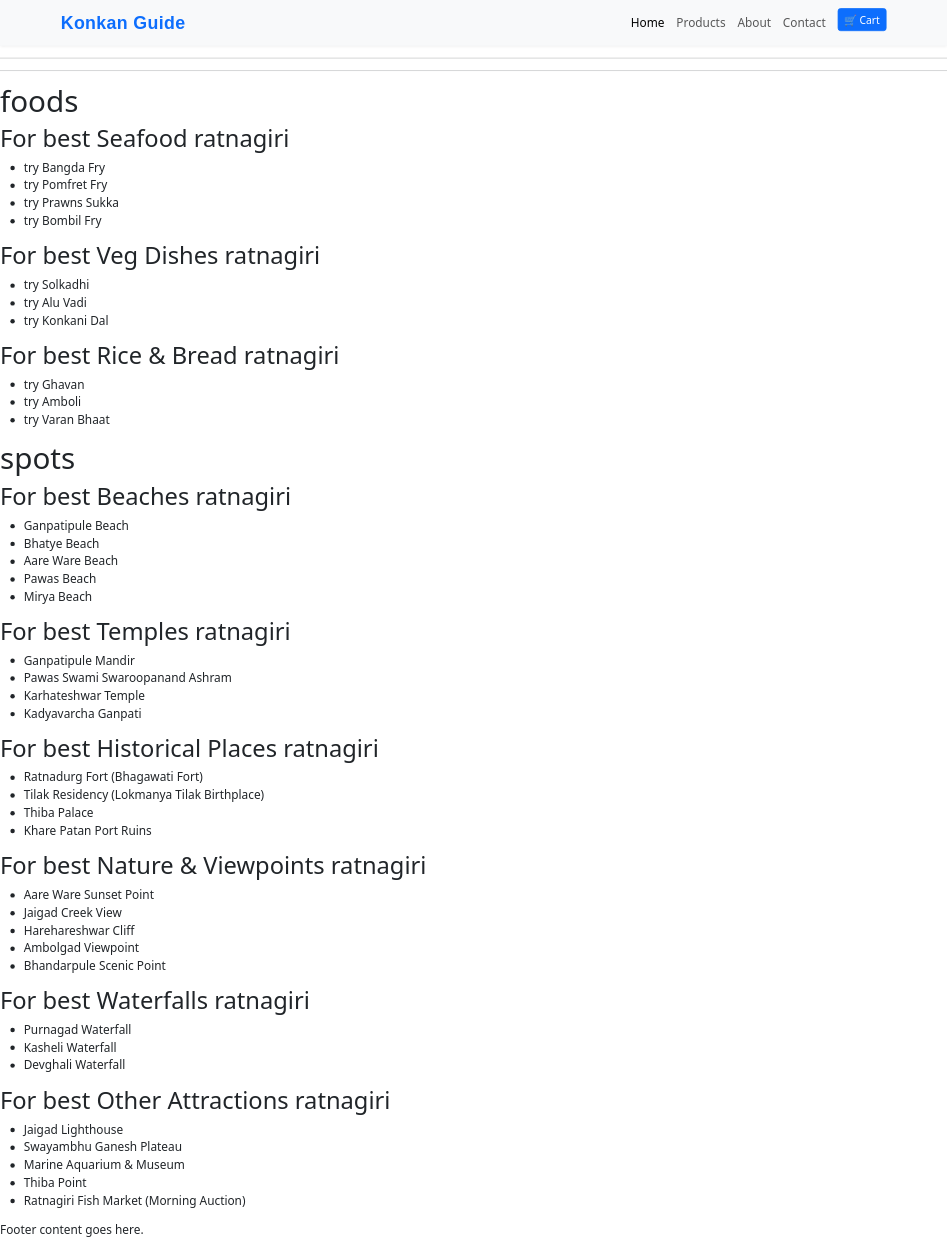
Repository: Indranil-sawant/konkan
Page: http://localhost/
An editor plug-in stored every save of this project. The page is shown before and after a run of saves, followed by the edit.
The browser window is 1280 px wide. The pictures show the whole page, at 74% of full size.
The page is served by the project's application, run on Django 5.2 (manage.py).

Above is the page before, as saved 2025-11-13 14:11:47.

After the next 2 saves:
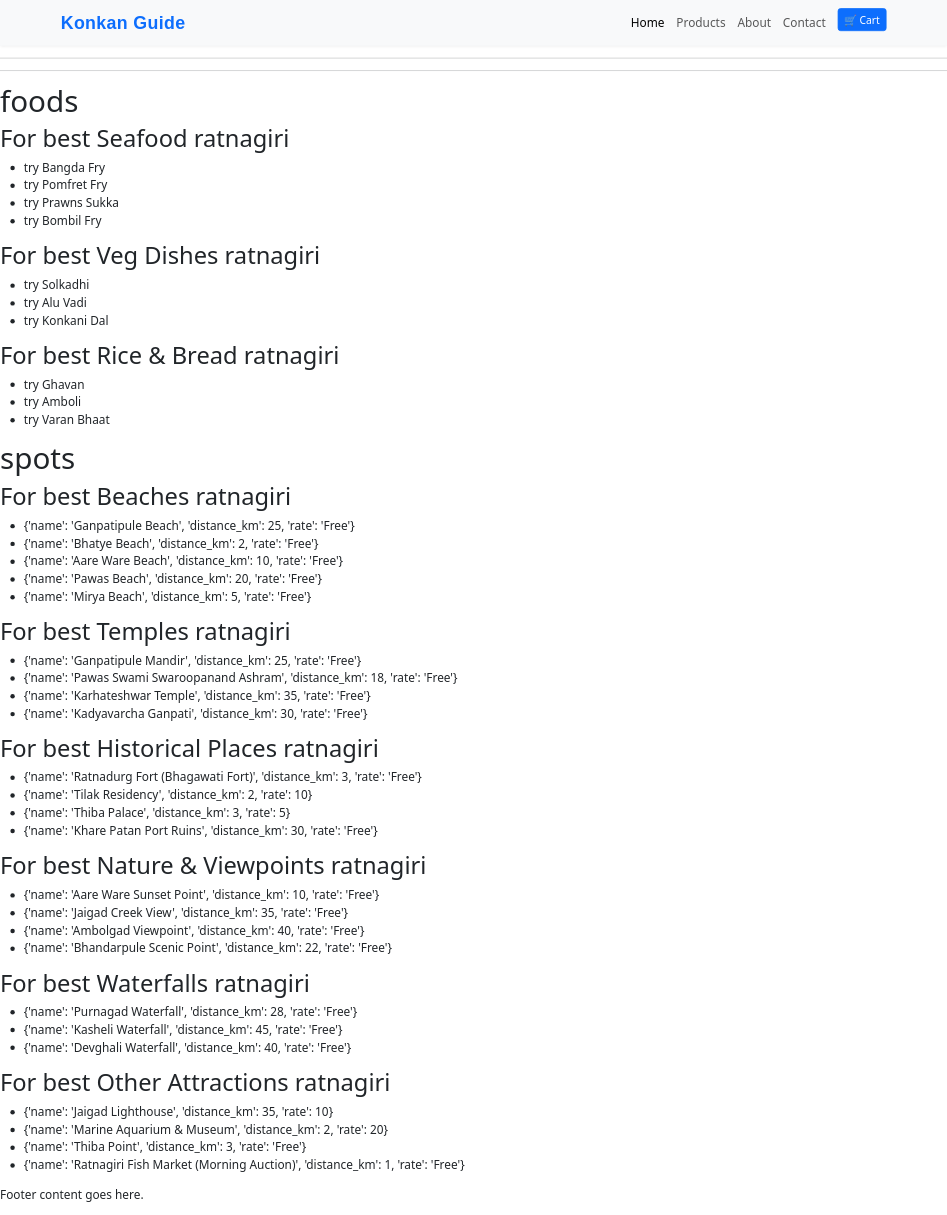
The 2 saves are shown as one change because they came seconds apart.
The last was saved 19 s later.
--- a/food/data/spots.py
+++ b/food/data/spots.py
@@ -19,46 +19,140 @@ foods = {
 
 spots = {
     "Beaches": [
-        "Ganpatipule Beach",
-        "Bhatye Beach",
-        "Aare Ware Beach",
-        "Pawas Beach",
-        "Mirya Beach"
+        {
+            "name": "Ganpatipule Beach",
+            "distance_km": 25,
+            "rate": "Free"
+        },
+        {
+            "name": "Bhatye Beach",
+            "distance_km": 2,
+            "rate": "Free"
+        },
+        {
+            "name": "Aare Ware Beach",
+            "distance_km": 10,
+            "rate": "Free"
+        },
+        {
+            "name": "Pawas Beach",
+            "distance_km": 20,
+            "rate": "Free"
+        },
+        {
+            "name": "Mirya Beach",
+            "distance_km": 5,
+            "rate": "Free"
+        }
     ],
 
     "Temples": [
-        "Ganpatipule Mandir",
-        "Pawas Swami Swaroopanand Ashram",
-        "Karhateshwar Temple",
-        "Kadyavarcha Ganpati"
+        {
+            "name": "Ganpatipule Mandir",
+            "distance_km": 25,
+            "rate": "Free"
+        },
+        {
+            "name": "Pawas Swami Swaroopanand Ashram",
+            "distance_km": 18,
+            "rate": "Free"
+        },
+        {
+            "name": "Karhateshwar Temple",
+            "distance_km": 35,
+            "rate": "Free"
+        },
+        {
+            "name": "Kadyavarcha Ganpati",
+            "distance_km": 30,
+            "rate": "Free"
+        }
     ],
 
     "Historical Places": [
-        "Ratnadurg Fort (Bhagawati Fort)",
-        "Tilak Residency (Lokmanya Tilak Birthplace)",
-        "Thiba Palace",
-        "Khare Patan Port Ruins"
+        {
+            "name": "Ratnadurg Fort (Bhagawati Fort)",
+            "distance_km": 3,
+            "rate": "Free"
+        },
+        {
+            "name": "Tilak Residency",
+            "distance_km": 2,
+            "rate": 10
+        },
+        {
+            "name": "Thiba Palace",
+            "distance_km": 3,
+            "rate": 5
+        },
+        {
+            "name": "Khare Patan Port Ruins",
+            "distance_km": 30,
+            "rate": "Free"
+        }
     ],
 
     "Nature & Viewpoints": [
-        "Aare Ware Sunset Point",
-        "Jaigad Creek View",
-        "Harehareshwar Cliff",
-        "Ambolgad Viewpoint",
-        "Bhandarpule Scenic Point"
+        {
+            "name": "Aare Ware Sunset Point",
+            "distance_km": 10,
+            "rate": "Free"
+        },
+        {
+            "name": "Jaigad Creek View",
+            "distance_km": 35,
+            "rate": "Free"
+        },
+        {
+            "name": "Ambolgad Viewpoint",
+            "distance_km": 40,
+            "rate": "Free"
+        },
+        {
+            "name": "Bhandarpule Scenic Point",
+            "distance_km": 22,
+            "rate": "Free"
+        }
     ],
 
     "Waterfalls": [
-        "Purnagad Waterfall",
-        "Kasheli Waterfall",
-        "Devghali Waterfall"
+        {
+            "name": "Purnagad Waterfall",
+            "distance_km": 28,
+            "rate": "Free"
+        },
+        {
+            "name": "Kasheli Waterfall",
+            "distance_km": 45,
+            "rate": "Free"
+        },
+        {
+            "name": "Devghali Waterfall",
+            "distance_km": 40,
+            "rate": "Free"
+        }
     ],
 
     "Other Attractions": [
-        "Jaigad Lighthouse",
-        "Swayambhu Ganesh Plateau",
-        "Marine Aquarium & Museum",
-        "Thiba Point",
-        "Ratnagiri Fish Market (Morning Auction)"
+        {
+            "name": "Jaigad Lighthouse",
+            "distance_km": 35,
+            "rate": 10
+        },
+        {
+            "name": "Marine Aquarium & Museum",
+            "distance_km": 2,
+            "rate": 20
+        },
+        {
+            "name": "Thiba Point",
+            "distance_km": 3,
+            "rate": "Free"
+        },
+        {
+            "name": "Ratnagiri Fish Market (Morning Auction)",
+            "distance_km": 1,
+            "rate": "Free"
+        }
     ]
 }
